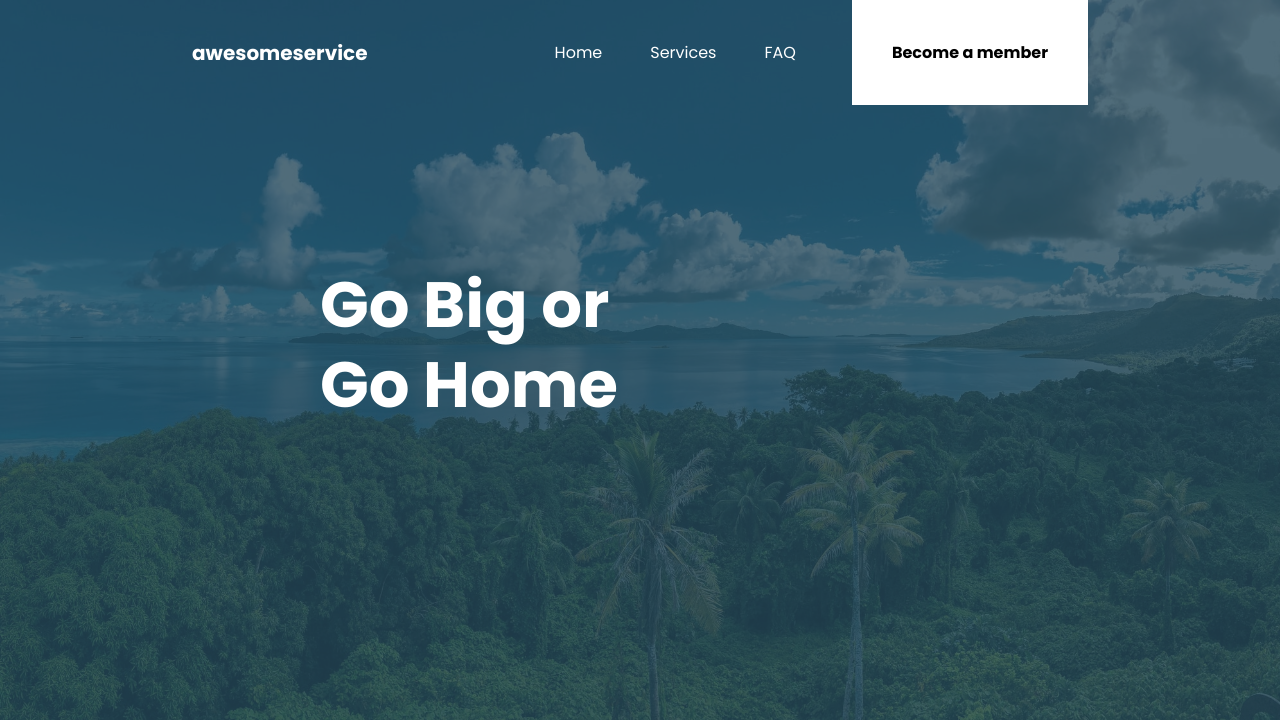
Repository: Hyperion72R/Animated-Navigation
Page: index.html
These files come from the project's save history. The page is drawn as it stood at one moment and after the next save; the edit follows.
The browser window is 1280 px wide. The pictures show the whole page.
The style sheet was rebuilt from its Sass, Less or Tailwind sources for each picture, by a compiler version that may differ from the author's.

Above is the page before, as saved 2021-08-22 14:23:49.

### index.html
<!DOCTYPE html>
<html lang="en">
  <head>
    <meta charset="UTF-8" />
    <meta http-equiv="X-UA-Compatible" content="IE=edge" />
    <meta name="viewport" content="width=device-width, initial-scale=1.0" />
    <title>Document</title>
    <link rel="stylesheet" href="css/main.css" />
  </head>
  <body>
    <header>
      <a href="#" class="logo">awesomeservice</a>

      <nav>
        <ul>
          <li><a href="#">Home</a></li>
          <li><a href="#">Services</a></li>
          <li><a href="#">FAQ</a></li>
          <li class="active"><a href="#">Become a member</a></li>
        </ul>
      </nav>
    </header>

    <section>
      <h1>Go Big or Go Home</h1>
    </section>

    <div class="overlay">
      <div class="left">
        <h2>It's so easy</h2>
        <p>You've got two options!</p>

        <div class="cards">
          <div class="card">
            <strong>Subscribe for $9 per month</strong>
            <p>
              Lorem ipsum dolor, sit amet consectetur adipisicing elit. Lorem
              ipsum dolor sit.
            </p>
            <a href="#" class="cta">Subscribe Now</a>
          </div>

          <div class="card">
            <strong>Pay $99 Once</strong>
            <p>
              Ratione quisquam, nesciunt corrupti magni quis tempora veritatis
              laudantium ex
            </p>
            <a href="#" class="cta pay-once">Pay Once</a>
          </div>
        </div>
      </div>

      <div class="middle">
        <ul class="secondary">
          <li><a href="#">Home</a></li>
          <li><a href="#">Services</a></li>
          <li><a href="#">FAQ</a></li>
          <li><a href="#">Contact</a></li>
        </ul>

        <div class="social-nav">
          <a href="" class="twitter"
            ><svg
              xmlns="http://www.w3.org/2000/svg"
              width="32"
              height="32"
              viewBox="0 -1.15 32 32"
            >
              <path
                d="M24 4.557c-.883.392-1.832.656-2.828.775 1.017-.609 1.798-1.574 2.165-2.724-.951.564-2.005.974-3.127 1.195-.897-.957-2.178-1.555-3.594-1.555-3.179 0-5.515 2.966-4.797 6.045-4.091-.205-7.719-2.165-10.148-5.144-1.29 2.213-.669 5.108 1.523 6.574-.806-.026-1.566-.247-2.229-.616-.054 2.281 1.581 4.415 3.949 4.89-.693.188-1.452.232-2.224.084.626 1.956 2.444 3.379 4.6 3.419-2.07 1.623-4.678 2.348-7.29 2.04 2.179 1.397 4.768 2.212 7.548 2.212 9.142 0 14.307-7.721 13.995-14.646.962-.695 1.797-1.562 2.457-2.549z"
              /></svg
          ></a>
          <a href="" class="facebook"
            ><svg
              xmlns="http://www.w3.org/2000/svg"
              width="32"
              height="32"
              viewBox="0 0 32 32"
            >
              <path
                d="M9 8h-3v4h3v12h5v-12h3.642l.358-4h-4v-1.667c0-.955.192-1.333 1.115-1.333h2.885v-5h-3.808c-3.596 0-5.192 1.583-5.192 4.615v3.385z"
              /></svg
          ></a>
        </div>
      </div>

      <div class="right">
        <svg
          class="exit"
          xmlns="http://www.w3.org/2000/svg"
          width="58"
          height="58"
          viewBox="0 0 58 58"
        >
          <path
            d="M24 20.188l-8.315-8.209 8.2-8.282-3.697-3.697-8.212 8.318-8.31-8.203-3.666 3.666 8.321 8.24-8.206 8.313 3.666 3.666 8.237-8.318 8.285 8.203z"
          />
        </svg>
      </div>
    </div>
  </body>
</html>

### css/main.scss
@import url("https://fonts.googleapis.com/css2?family=Poppins:ital,wght@0,400;0,500;0,600;0,700;0,800;0,900;1,400;1,500;1,600;1,700;1,800;1,900&display=swap");

*,
*:before,
*::after {
  box-sizing: border-box;
}

body::after {
  content: "";
  display: block;
  width: 100%;
  //   height: 108%;
  height: 100%;
  //   background-color: rgba(51, 51, 51, 0.5);
  background: rgba(38, 73, 91, 0.8);

  position: absolute;
  top: 0;
  left: 0;
  right: 0;
  bottom: 0;
  z-index: -10;
}

body {
  height: 100vh;
  //   background: #8000ff url("../assets/images/bg.jpg");
  //   background: linear-gradient(rgba(4, 230, 168, 0.8), rgba(44, 189, 230, 0.8)),
  //     url("../assets/images/bg.jpg");
  background: url("../assets/images/bg.jpg");
  //   object-fit: scale-down;
  background-size: cover;
  color: white;
  font-family: "Poppins";
  margin: 0;
  //   background-position: center;
  //   padding: 0;
  //   overflow: hidden;
  background-repeat: no-repeat;
}

ul {
  list-style-type: none;
  margin: 0;
  padding: 0;
}

section,
header {
  width: 70%;
  margin: 0 auto;
}

// .social-nav,
// .right {
//   display: none;
// }

.overlay {
  display: none;
}

header {
  display: flex;
  justify-content: space-between;
  align-items: center;

  a {
    color: white;
    text-decoration: none;
    padding: 2em;
  }

  a.logo {
    font-weight: bold;
    font-size: 1.25rem;
    padding: 0;
  }

  nav ul {
    display: flex;

    a {
      padding: 2.5em 1.5em;
      display: block;
    }

    li.active a {
      font-weight: bold;
      background: white;
      color: black;
      margin-left: 2em;
      padding: 2.5em;
    }
  }
}

h1 {
  font-size: 4rem;
  width: 40%;
  line-height: 5rem;
  margin-left: 2em;
  margin-top: 2.5em;
}

After the next save:
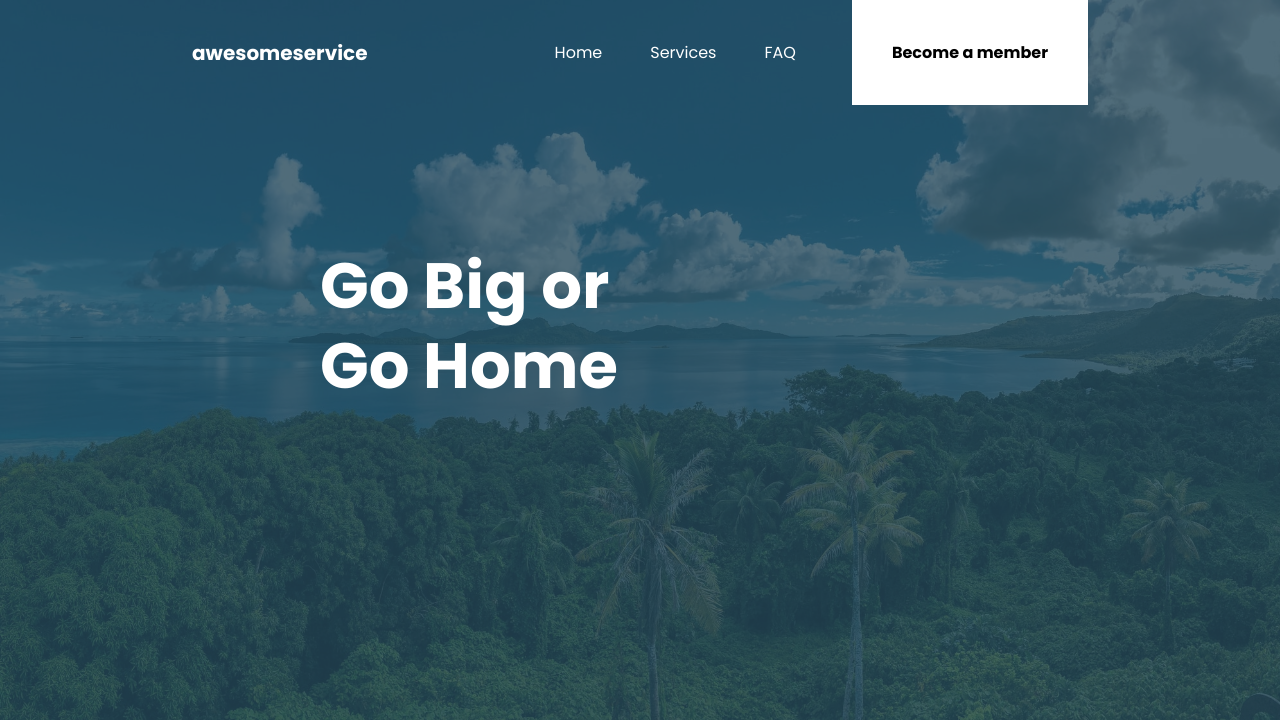
Saved 6 s later.
--- a/css/main.scss
+++ b/css/main.scss
@@ -101,5 +101,5 @@ h1 {
   width: 40%;
   line-height: 5rem;
   margin-left: 2em;
-  margin-top: 2.5em;
+  margin-top: 2.2em;
 }
